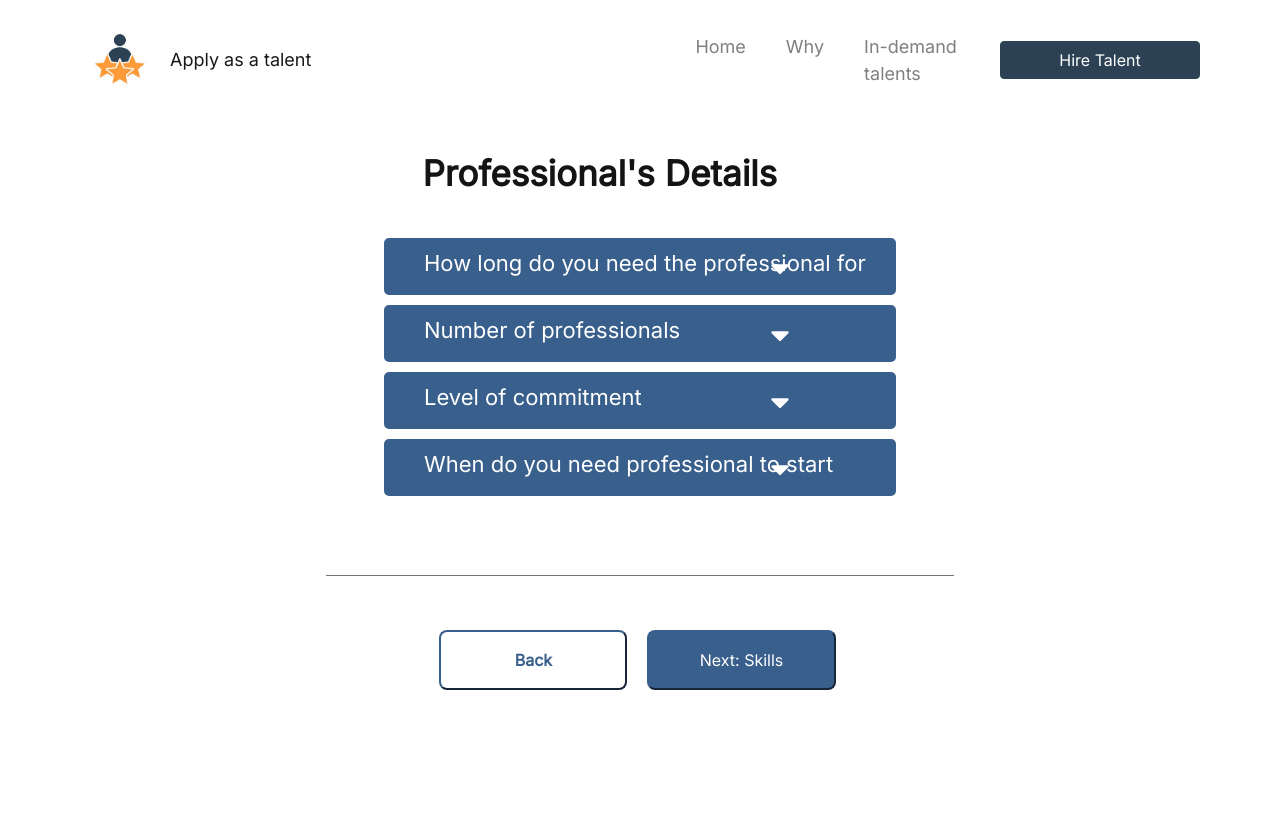
Repository: Ashwe9/talent-hire-reactJs
Page: /professionaldetails
An editor plug-in stored every save of this project. The page is shown before and after the next save, followed by the edit.
The browser window is 1280 px wide. The pictures show the whole page.
The project was rebuilt for these pictures with package versions that can differ from the ones it lists, and the page was loaded fresh each time. Also part of the build but not shown: src/homePage/components/TrustedBy/TrustedBy.css, src/homePage/components/TrustedBy/TrustedBy.js, src/homePage/components/Roles/Roles.css, src/homePage/components/Roles/Roles.js, src/homePage/components/homePageFooter/HomePageFooter.css, src/homePage/components/homePageFooter/HomePageFooter.js, src/homePage/HomePage.js, src/kpisPage/Header.css and 9 more.

Above is the page before, as saved 2022-08-20 14:26:42.

### public/index.html
<!DOCTYPE html>
<html lang="en">
  <head>
    <meta charset="utf-8" />
    <link rel="icon" href="%PUBLIC_URL%/favicon.ico" />
    <meta name="viewport" content="width=device-width, initial-scale=1" />
    <meta name="theme-color" content="#000000" />
    <meta
      name="description"
      content="Web site created using create-react-app"
    />
    <link rel="manifest" href="%PUBLIC_URL%/manifest.json" />
    <link rel="stylesheet" href="https://stackpath.bootstrapcdn.com/bootstrap/4.4.1/css/bootstrap.min.css" integrity="sha384-Vkoo8x4CGsO3+Hhxv8T/Q5PaXtkKtu6ug5TOeNV6gBiFeWPGFN9MuhOf23Q9Ifjh" crossorigin="anonymous">
    <link href='https://fonts.googleapis.com/css?family=Inter' rel='stylesheet'>

    <title>App</title>
  </head>
  <body>
    <noscript>You need to enable JavaScript to run this app.</noscript>
    <div id="root"></div>
    <script src="https://code.jquery.com/jquery-3.4.1.slim.min.js" integrity="sha384-J6qa4849blE2+poT4WnyKhv5vZF5SrPo0iEjwBvKU7imGFAV0wwj1yYfoRSJoZ+n" crossorigin="anonymous"></script>
    <script src="https://cdn.jsdelivr.net/npm/popper.js@1.16.0/dist/umd/popper.min.js" integrity="sha384-Q6E9RHvbIyZFJoft+2mJbHaEWldlvI9IOYy5n3zV9zzTtmI3UksdQRVvoxMfooAo" crossorigin="anonymous"></script>
    <script src="https://stackpath.bootstrapcdn.com/bootstrap/4.4.1/js/bootstrap.min.js" integrity="sha384-wfSDF2E50Y2D1uUdj0O3uMBJnjuUD4Ih7YwaYd1iqfktj0Uod8GCExl3Og8ifwB6" crossorigin="anonymous"></script>  </body>
</html>

### src/App.js
import React from 'react'
import { BrowserRouter as Router, Route, Routes, Navigate } from 'react-router-dom';
import { HomePage } from './homePage/HomePage';
import KPISPage from './kpisPage/KPISPage';
import ProjectDetails from './projectDetails/ProjectDetails';
import ProfessionalDetails from './professionalDetails/ProfessionalDetails';

function App() {
  return (
    <Router>
      <Routes>
        <Route exact path="*" element={<Navigate to="/" replace />}/>
        <Route exact path="/" element={<HomePage />} />
        <Route exact path="/kpis" element={<KPISPage />} />
        <Route exact path="/projectdetails" element={<ProjectDetails />} />
        <Route exact path="/professionaldetails" element={<ProfessionalDetails />} />

      </Routes>
    </Router>
  );
}

export default App;

### src/professionalDetails/ProfessionalDetails.js
import React from 'react'
import './ProfessionalDetails.css'
import { Navbar } from '../shared-components/Navbar/Navbar'
import { Footer } from '../shared-components/Footer/Footer'
import DropDown from './DropDown'
import Header from './Header'

const ProfessionalDetails = () => {
  return (
    <div>
      <Navbar />
      <Header />
      <DropDown title="How long do you need the professional for"/>
      <DropDown title="Number of professionals"/>
      <DropDown title="Level of commitment"/>
      <DropDown title="When do you need professional to start"/>
      <Footer nextTitle="Next: Skills" nextPath="/skills" previousPath="/projectdetails" />
    </div>
  )
}

export default ProfessionalDetails

### src/shared-components/Navbar/Navbar.js
import React from 'react'
import './Navbar.css'
import { Navigate, useNavigate } from 'react-router-dom'

export const Navbar = () => {
  let navigate = useNavigate();

  return (
    <nav className="navbar navbar-expand-lg navbar-light">
      <img src= {require('../../assets/icon.png')} className="icon"/>
      <a className="navbar-brand title" href="#">Apply as a talent</a>
      <button className="navbar-toggler" type="button" data-toggle="collapse" data-target="#navbarText" aria-controls="navbarText" aria-expanded="false" aria-label="Toggle navigation">
        <span className="navbar-toggler-icon"></span>
      </button>
      <div className="collapse navbar-collapse" id="navbarText">
        <ul className="navbar-nav mr-auto">
          <li className="nav-item">
            <a className="nav-link" href="" onClick={() => {
                navigate('/', { replace: true });
              } }>Home</a>
          </li>

          <li className="nav-item">
            <a className="nav-link" href="#">Why</a>
          </li>
          <li className="nav-item">
            <a className="nav-link" href="#">In-demand talents</a>
          </li>
        </ul>
        <span className="navbar-text">
          <button className='btn btn-dark navbar-btn'>Hire Talent</button>
        </span>
      </div>
    </nav>
  )
}

### src/shared-components/Footer/Footer.js
import React from 'react'
import './Footer.css'
import { useNavigate  } from 'react-router-dom'


export  const Footer = ({nextTitle, nextPath, previousPath}) => {

  let navigate = useNavigate();

  const goNext = () => {
    let path =  nextPath;
    navigate(path);
  };
  const goBack = () => {
    let path =  previousPath;
    navigate(path);
  };

  return (
      <footer>
        <div className='Footer-box'>
            <hr id="footer-line"/>
            <div className='buttons'>
              <button className='Footer-button-back'
              onClick={goBack}
                >Back</button>

              <button className='Footer-button-next'
              onClick={goNext}
                >{nextTitle}</button>
        </div>
        </div>
      </footer>
    )
  }

### src/professionalDetails/DropDown.js
import {FaCaretDown, FaCaretUp} from 'react-icons/fa'
import React , { useState } from 'react'
import './DropDown.css'
import { left } from '@popperjs/core'


const DropDown = ({title}) => {
    const [x, setCount] = useState(0);
    const incrementCount = () => {
        setCount(x + 1);
      };

  return (
    <div>
        <div className='dropdowns-box' onClick={incrementCount} >
            <p className='dropdowns-title'>{title}</p>
            <a> { x%2===0 ? <FaCaretDown id='icons' size={30} style={{}} /> : <FaCaretUp id='icons' size={30} style={{}} />}</a>
        </div>
        {/* x%2===1 ? <Talents title={title}/> : <></>*/}
    </div>
  )
}

export default DropDown

### src/professionalDetails/Header.js
import React from 'react'

const Header = () => {
  return (
    <div className='headers-box'>
        <p className='header'>
            Professional's Details
        </p>
    </div>
  )
}

export default Header

### src/shared-components/Navbar/Navbar.css
.icon{
    width: 80px;
}

.title{
    font-family: "Inter";
    font-style: normal;
    font-weight: 500;
    font-size: 18px;
    line-height: 28px;
    align-items: center;
    color: #444444;
    padding-left: 10px;
}

#navbarText{
    margin-left: 30%;
}
.navbar-items{
    margin: 0 35%;

}

.nav-item{
    font-family: "Inter";
    font-style: normal;
    font-weight: 500;
    font-size: 18px;
    align-items: center;
    color: #444444;
    padding-left: 24px;
}

.navbar-btn{
    font-family: "Inter";
    font-style: bold;
    background: #2c4154;
    /* padding: 5px 50px; */
    border-color: #2c4154;
    width: 200px;
}

.navbar{
    margin: 10px 5%;
}

@media only screen and (max-width: 600px) {
    body {
      background-color: lightblue;
    }
  }

### src/shared-components/Footer/Footer.css
#footer-line{
    background-color: gray;
    width: 50%;
}

.Footer-box{
    margin-top: 50px;
    padding: 1%;
}

.buttons{
    display: flex;
}

.Footer-button-back{
    margin-top: 3%;
    /* margin-left: 30%; */
    font-family: "Inter";
    font-style: bolder;
    font-weight: 700;
    padding: 1% 1%;
    background-color: white;
    border-color: #395f8c;
    color: #395f8c;
    height: 60px;
    width: 15%;
    border-radius: 0.5rem;
    margin-left: 34%;
    margin-bottom: 10%;
}
.Footer-button-next{
    margin-top: 3%;
    /* margin-left: 30%; */
    font-family: "Inter";
    font-style: bold;
    font-weight: 500;
    background: #395f8c;
    border-color: #395f8c;
    padding: 1% 1%;
    height: 60px;
    width: 15%;
    border-radius: 0.5rem;
    margin-bottom: 10%;
    margin-left: 20px;
    color: white;
    line-height: 1;
}

@media only screen and (max-width: 700px) {
    #footer-line{
        background-color: gray;
        width: 80%;
    }
    .Footer-button-next{
        padding: 2% ;
        height: 10%;
        width: fit-content;
        margin-left: 5%;
        font-size: 12px;
    }
    .Footer-button-back{
        padding: 2% ;
        height: 10%;
        width: 20%;
        margin-left: 20%;
        font-size: 12px;
    }
}

### src/projectDetails/Header.css
.headers-box{
    margin: 10px 30%;
    padding: 3%;
    padding-bottom: 0%;
    align-items: center;
    width: 40%;
}

.header{
    font-family: "Inter";
    font-style: bolder;
    font-weight: 600;
    font-size: 35px;
    line-height: 30px;
    align-items: center;
    color: #141414;
    margin-bottom: 50px;
}

.header-by-title{
    font-family: "Inter";
    font-style: bolder;
    font-weight: 700;
    font-size: 25px;
    line-height: 30px;
    align-items: center;
    color: #141414;
}


@media only screen and (max-width: 700px) {

    .header-by-title{
        font-size: 16px;
    }

    .header-box{
        margin-left: 40px;
        width: 100%;
    }
  }
@media only screen and (max-width: 450px) {
    .header-by-title{
        font-size: 13px;
    }
    .header-box{
        margin-left: 70px;
        width: 100%;
    }
}

### src/professionalDetails/DropDown.css
.dropdowns-box{
    padding-top: 10px;
    padding-bottom: 1px;
    width: 40%;
    background-color: #395f8c;
    border-radius: 5px;
    display: flex;
    cursor: pointer;
    margin-bottom: 10px;
    margin-left: 30%;

}

.dropdowns-title{
    font-family: "Inter";
    font-style: bolder;
    font-weight: 300;
    font-size: 22px;
    line-height: 30px;
    align-items: center;
    color: white;
    margin-left: 40px;
}

#icons{
    color: white;
    position:absolute;
    right:480px;
}


@media only screen and (max-width: 700px) {

    .dropdowns-title{
        font-size: 16px;
        margin-left: 15px;
    }

    .dropdowns-box{
        margin-left: 60px;
        width: 75%;
    }
    #icon{
        opacity: 0;
    }
  }
@media only screen and (max-width: 450px) {
    .dropdowns-title{
        font-size: 11px;
        margin-left: 0;
    }
    .dropdowns-box{
        margin-left: 30px;
        width: 60%;
    }

    #icon{
        opacity: 0;
    }
}

### src/kpisPage/Talents.css
.talents-box{
    margin-left: 515px;
}

.talent-item-active{
    background: #FFFFFF;
    border: 1px solid #395F8C;
    box-sizing: border-box;
    box-shadow: 0px 4px 14px 1px rgba(0, 0, 0, 0.04);
    border-radius: 6px;
    display: flex;
    padding: 10px;
    padding-right: 32px;
    width: fit-content;
    margin-right: 10px;
}

#icons{
    color: #395F8C;
    position:absolute;
    margin-top: 5px;
    margin-left: 15px;
    margin-right: 5px;
}

.talent-item{
    opacity: 0.8;
    background: #f0f0f0;
    border: 0.2px solid #f0f0f0;
    box-sizing: border-box;
    box-shadow: 0px 2px 14px 1px rgba(0, 0, 0, 0.06);
    border-radius: 6px;
    display: flex;
    padding: 10px;
    padding-right: 32px;
    width: fit-content;
    margin-right: 10px;
}


.talent-item-paragraph-active{
    font-family: "Inter";
    font-style: normal;
    font-weight: bolder;
    font-size: 16px;
    display: flex;
    align-items: center;
    color: #395f8c;
}

.talent-item-paragraph{
    font-family: "Inter";
    font-style: normal;
    font-weight: normal;
    font-size: 16px;
    display: flex;
    align-items: center;
    opacity: 0.8;
    color: #6d7686;
}


@media only screen and (max-width: 700px) {
    .talent-item-paragraph-active{
        font-size: 10px;
    }

    .talent-item-paragraph{
        font-size: 10px;
        font-weight: bold;
    }

    .talents-box{
        margin-left: 80px;
    }

    .talent-item{
        opacity: 0.8;
        background: #f0f0f0;
        box-sizing: border-box;
        display: flex;
        width: fit-content;
        margin-bottom: 5px;
    }

    .talent-item-active{
        opacity: 0.8;
        background: #f0f0f0;
        box-sizing: border-box;
        display: flex;
        width: fit-content;
    }

    #icons{
        color: #395F8C;
        position:absolute;
        margin-top: 2px;
        margin-left: 2px;
        margin-right: 0.5px;
    }
  }
@media only screen and (max-width: 450px) {
    .talent-item-paragraph-active{
        font-size: 8px;
    }

    .talent-item-paragraph{
        font-size: 8px;
    }
    .talents-box{
        margin-left: 110px;
    }

    .talent-item{
        opacity: 0.8;
        background: #f0f0f0;
        box-sizing: border-box;
        display: flex;
        width: fit-content;
    }

    .talent-item-active{
        opacity: 0.8;
        background: #f0f0f0;
        box-sizing: border-box;
        display: flex;
        width: fit-content;
    }
}

input[type="checkbox"] { /* change "blue" browser chrome to yellow */
    filter: invert(20%) hue-rotate(15deg) brightness(1.4);
  }

Loaded but not shown: src/index.js (common file); src/reportWebVitals.js (common file); src/index.css (no stored copy; drawn as an empty file); src/kpisPage/KPISPage.css (no stored copy; drawn as an empty file); src/professionalDetails/ProfessionalDetails.css (no stored copy; drawn as an empty file)

After the next save:
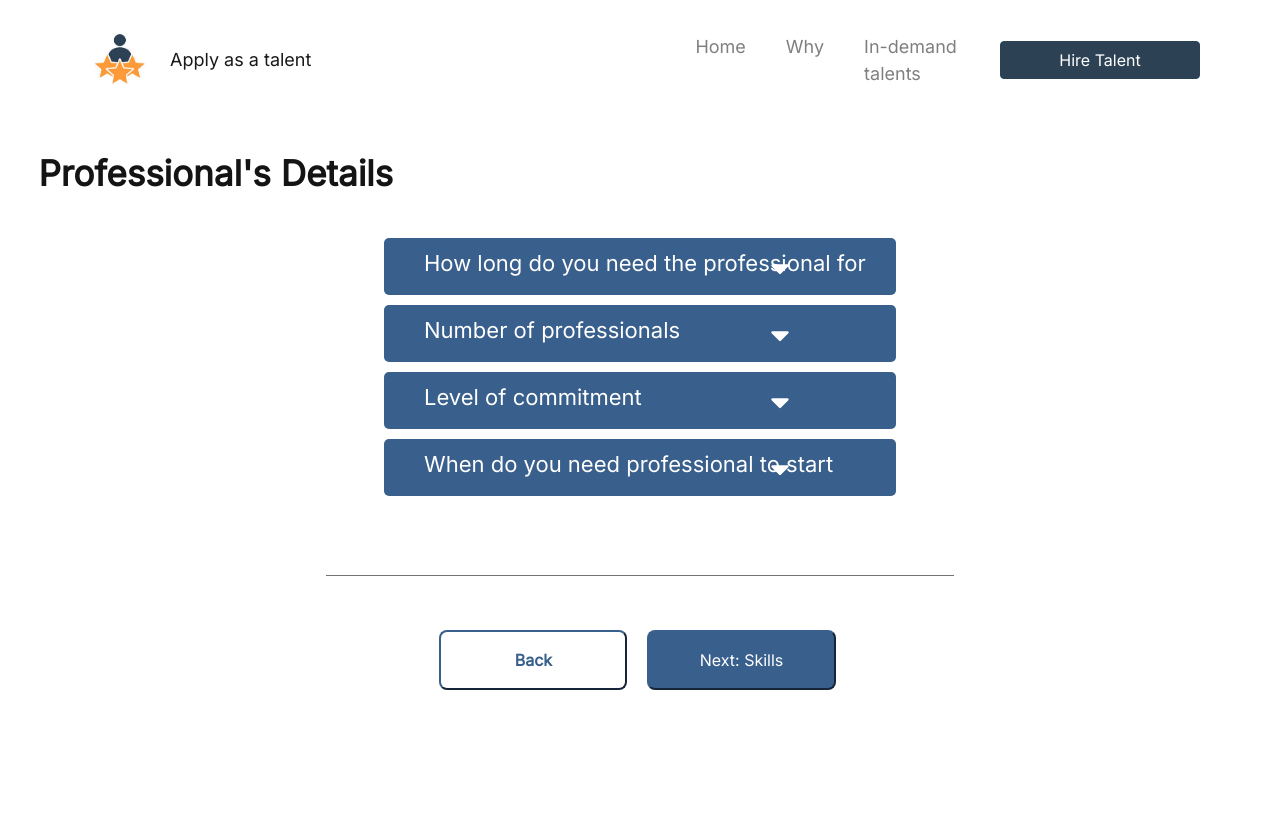
Saved 4 s later.
--- a/src/projectDetails/Header.css
+++ b/src/projectDetails/Header.css
@@ -1,5 +1,4 @@
 .headers-box{
-    margin: 10px 30%;
     padding: 3%;
     padding-bottom: 0%;
     align-items: center;
